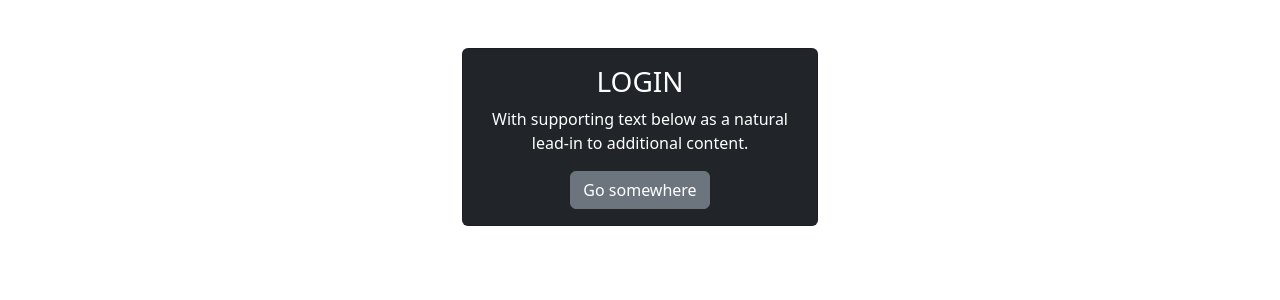
Repository: Rohit1995K/React-redux
Page: /
An editor plug-in stored every save of this project. The page is shown before and after the next save, followed by the edit.
The browser window is 1280 px wide. The pictures show the whole page.
The project was rebuilt for these pictures with package versions that can differ from the ones it lists, and the page was loaded fresh each time. Also part of the build but not shown: src/Components/CartItem.js, src/Containers/CartContainer.js, src/Components/Navbar.js.

Above is the page before, as saved 2022-10-23 23:45:17.

### src/App.js
import './App.css';
import 'bootstrap/dist/css/bootstrap.min.css';
import CartContainer from './Containers/CartContainer';
import Navbar from './Components/Navbar';
import Login from './Components/Login/Login';

function App() {
  return (
    <div className="App">
        <Login />
        {/* <CartContainer /> */}
    </div>
  );
}

export default App;

### src/Services/Reducers/index.js
import {combineReducers} from 'redux'
import cardItems from "./reducer";

export default combineReducers({
    cardItems
});

### src/Components/Login/Login.js
import React from "react";
import { Card,CardBody,CardTitle,CardText,Button } from "reactstrap";


const Login = () => {

    return (
        <div className="container">
        <div className="row">
            <div className="offset-md-4 col-md-4">
                <Card className="mt-5" color="dark" inverse>
                    <CardBody>
                        <CardTitle tag="h3">
                            LOGIN
                        </CardTitle>
                        <CardText>
                            With supporting text below as a natural lead-in to additional content.
                        </CardText>
                        <Button>
                            Go somewhere
                        </Button>
                    </CardBody>
                </Card>
            </div>
        </div>
        </div>
    )
}

export default Login;

### src/Services/Reducers/reducer.js
// import { ADD_TO_CART, REMOVE_FROM_CART } from "../Constant";
import { createSlice } from "@reduxjs/toolkit";
import cardItems from "../../cartItems";

const initialState = {
    cardData : cardItems,
    amount:4,
    total:0,
    isLoader:true
}

const cartSlice = createSlice({
    name: 'cart',
    initialState,
    reducers: {
        clearCart: (state) => {
            state.cardData = []
        },
        removeItem: (state, action) => {
            const itemId = action.payload;
            state.cardData = state.cardData.filter((item) =>
            item.id !== itemId);
        },
        increase: (state, {payload}) => {
            const cardItem = state.cardData.find((item) => item.id === payload.id);
            cardItem.amount = cardItem.amount + 1;
        },
        decrease: (state, {payload}) => {
            const cardItem = state.cardData.find((item) => item.id === payload.id);
            cardItem.amount = cardItem.amount - 1;
        },
    }
})

export const { clearCart , removeItem} = cartSlice.actions;
export default cartSlice.reducer;

### src/cartItems.js
const cartItems = [
    {
        id:'1',
        title:'iphone',
        price:'4000',
        amount:1
    },
    {
        id:'2',
        title:'samsung',
        price:'3500',
        amount:1
    },
    {
        id:'3',
        title:'oneplus',
        price:'3000',
        amount:1
    },
    {
        id:'4',
        title:'Redmi',
        price:'2000',
        amount:1
    },
    {
        id:'5',
        title:'Oppo',
        price:'2500',
        amount:1
    }
]

export default cartItems;

Loaded but not shown: public/index.html (common file); src/index.js (common file); src/index.css (common file); src/reportWebVitals.js (common file); src/App.css (common file)

After the next save:
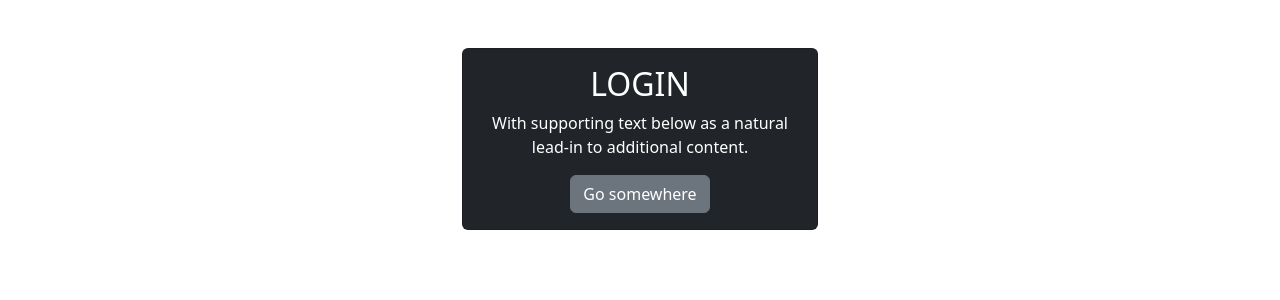
Saved 32 s later.
--- a/src/Components/Login/Login.js
+++ b/src/Components/Login/Login.js
@@ -10,7 +10,7 @@ const Login = () => {
             <div className="offset-md-4 col-md-4">
                 <Card className="mt-5" color="dark" inverse>
                     <CardBody>
-                        <CardTitle tag="h3">
+                        <CardTitle tag="h2">
                             LOGIN
                         </CardTitle>
                         <CardText>
